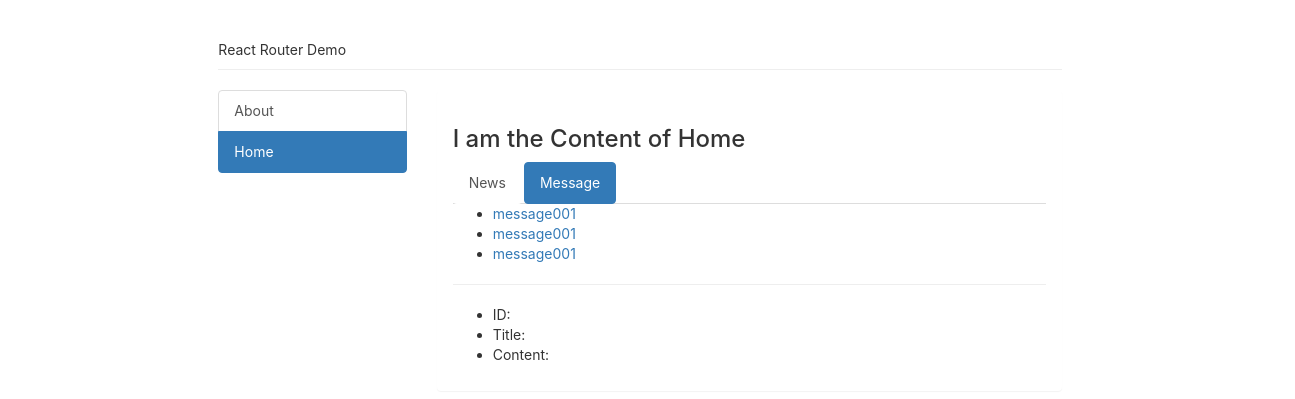
Repository: wenxi0504/Pubsub220113
Page: /home/message (app in githubsearch/)
An editor plug-in stored every save of this project. The page is shown before and after the next save, followed by the edit.
The browser window is 1280 px wide. The page is 1295 px wide, so the pictures cover 1295 px, including what lies to the right of the window. The pictures show the whole page.
The project was rebuilt for these pictures with package versions that can differ from the ones it lists, and the page was loaded fresh each time. Also part of the build but not shown: githubsearch/src/pages/About/index.js. Imported but missing from the stored project, and not drawn on this page: githubsearch/src/pages/Home/News/index.

Above is the page before, as saved 2022-01-17 21:54:39.

After the next save:
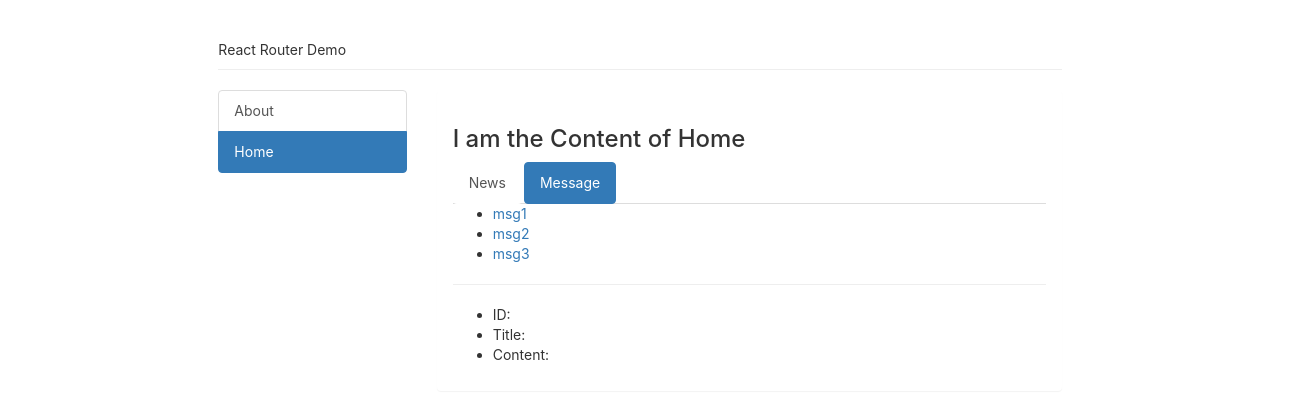
Saved 83 s later.
--- a/githubsearch/src/pages/Home/Message/index.jsx
+++ b/githubsearch/src/pages/Home/Message/index.jsx
@@ -17,8 +17,8 @@ export default class Message extends Component {
         <ul>
           {messageArr.map((msgObj) => {
             return (
-              <li>
-                <a href="/message1">message001</a>&nbsp;&nbsp;
+              <li key={msgObj.id}>
+                <a href="/message1">{msgObj.title}</a>&nbsp;&nbsp;
               </li>
             );
           })}
